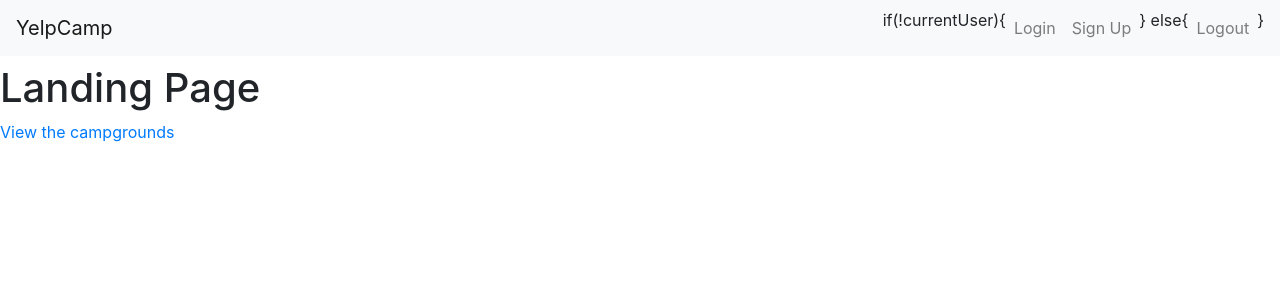
Repository: bosicheng/yelpcamp-project
Page: http://localhost/
The author's editor kept a record of every edit. The page is drawn from the files as they stood at one moment, then again after a run of edits.
The browser window is 1280 px wide. The pictures show the whole page.
Some web libraries are served in a nearby version. The page is served by the project's Node server (YelpCamp/v6/app.js). Other server files are loaded and not shown.

Above is the page before.
Console error (its wording comes from the project's code and is left out).

### YelpCamp/v6/views/landing.ejs
<!--这里要注意include的格式，开始没有slash并且不用写ejs-->
<% include partials/header %>
<h1>Landing Page</h1>

<a href='/campgrounds'>View the campgrounds</a>

<% include partials/footer %>

### YelpCamp/v6/views/partials/header.ejs
<!DOCTYPE html>
<html>
    <head>
        <title>YelpCamp</title>
        <link rel="stylesheet" href="https://stackpath.bootstrapcdn.com/bootstrap/4.1.3/css/bootstrap.min.css">
        <script src="https://code.jquery.com/jquery-3.2.1.slim.min.js" integrity="sha384-KJ3o2DKtIkvYIK3UENzmM7KCkRr/rE9/Qpg6aAZGJwFDMVNA/GpGFF93hXpG5KkN" crossorigin="anonymous"></script>
        <script src="https://maxcdn.bootstrapcdn.com/bootstrap/4.0.0-beta/js/bootstrap.min.js" integrity="sha384-h0AbiXch4ZDo7tp9hKZ4TsHbi047NrKGLO3SEJAg45jXxnGIfYzk4Si90RDIqNm1" crossorigin="anonymous"></script>
        <script src="https://cdnjs.cloudflare.com/ajax/libs/popper.js/1.11.0/umd/popper.min.js" integrity="sha384-b/U6ypiBEHpOf/4+1nzFpr53nxSS+GLCkfwBdFNTxtclqqenISfwAzpKaMNFNmj4" crossorigin="anonymous"></script>
       <link rel="stylesheet" href="/stylesheets/main.css">
    </head>
    <body>
        <nav class="navbar navbar-expand-lg navbar-light bg-light mb-2">
          <a class="navbar-brand" href="/">YelpCamp</a>
          <button class="navbar-toggler" type="button" data-toggle="collapse" data-target="#navbarTogglerDemo01" aria-controls="navbarTogglerDemo01" aria-expanded="false" aria-label="Toggle navigation">
            <span class="navbar-toggler-icon"></span>
          </button>
          <div class="collapse navbar-collapse" id="navbarTogglerDemo01">
            <ul class="navbar-nav ml-auto mt-2 mt-lg-0">
              <!--其实这里实现的功能基本类似于v-if，*ng-if-->
              <!--req.user是当前登录的用户信息，用currentUser传到当前页面-->
              if(!currentUser){
                <li class="nav-item">
                  <a class="nav-link" href="/login">Login</a>
                </li>
                <li class="nav-item">
                  <a class="nav-link" href="/register">Sign Up</a>
                </li>
              }
              else{
                <li class="nav-item">
                  <a class="nav-link" href="/logout">Logout</a>
                </li>
              }
            </ul>
          </div>
        </nav>

### YelpCamp/v6/app.js
var express=require('express');
var app=express();
var bodyParser=require('body-parser')
var mongoose=require('mongoose')
var Campground=require("./models/campground");
var seedDB=require('./seeds')
var Comment=require("./models/comment")
var passport=require('passport');
var localStrategy=require("passport-local");
var User=require("./models/user")
var expressSession=require("express-session");

mongoose.connect('mongodb://localhost:27017/yelp_camp_v6', { useNewUrlParser: true });
app.set('view engine','ejs')
app.use(bodyParser.urlencoded({extended:true}));

// 这里使用public文件夹下问价可以直接static或者__dirname+文件夹目录
// 这里注意，__dirname是工程文件目录/home/ubuntu/workspace/YelpCamp/v5
// __dirname方法更可靠因为工程文件目录更改时也能生效
app.use(express.static(__dirname+'/public'));
console.log(__dirname);
seedDB();

//PASSPORT CONFIGURATION
app.use(expressSession({
    secret:"encode the password",
    resave:false,
    saveUninitialized:false
}))
app.use(passport.initialize());
app.use(passport.session());
// User.authenticate()是包含在passportLocalMongoose中的
passport.use(new localStrategy(User.authenticate()));
passport.serializeUser(User.serializeUser());
passport.deserializeUser(User.deserializeUser());

// 这里通过写一个所有route都会跑的middleware，就不用再给每一个route传currentUser的参数了
app.use(function(req, res, next){
   res.locals.currentUser = req.user;
   next();
});


//ROUTE

app.get('/',function(req,res){
    res.render("landing");
})

// INDEX - show all campgrounds
app.get('/campgrounds',function(req,res){
    // req.user是此时此刻user的全部信息，如果没有任何用户登录则是undefined
    console.log(req.user);
    // 首先把数据从数据库中取出
    Campground.find({},function(err,allCampgrounds){
        if(err){
            console.log(err);
        }
        else{
            res.render("campgrounds/index",{campgrounds:allCampgrounds})
        }
    })
})


// 这里虽然get和post的url是同一个，但是他们是不同的用法所以是不同的route不会相互影响
//如果对get的/campgrounds页面进行修改，post请求去修改campgrounds也应该同样的url，这是convention
//CREATE - add new campground to database
app.post("/campgrounds",function(req,res){
    //get data from form and add to campground
    var name=req.body.name;
    var image=req.body.image;
    var desc=req.body.description;
    var newCampground={name:name,image:image,description:desc};
    //Create a new campground and save to database
    Campground.create(newCampground,function(err,newlyCreated){
        if(err){
            console.log(err)
        }
        else{
            console.log(newlyCreated)
        }
    })
    //redirect to campground page
    res.redirect('/campgrounds')
})

//NEW - show form to create new campground
app.get('/campgrounds/new',function(req,res){
    res.render('campgrounds/new')
})

//SHOW - show the detail of one campground
app.get('/campgrounds/:id',function(req,res){
    //find the campground with provided ID,use req.params.id
    // 然后使用mongoose中方法.findById找到对象，需要ID唯一
    // populate用法是campground被comment所填充，那么同时返回comments字段，在show.ejs中可以直接使用
    Campground.findById(req.params.id).populate("comments").exec(function(err,foundCampground){
        if(err){
            console.log("err")
        }
        else{
            res.render('campgrounds/show',{campground:foundCampground})
        }
    })
})

//这里有一个问题，在构造新comment时不能再按照/comments/new，因为每个comment都存在于一个campground中
//我们希望实现的功能是类似于/campgrounds/:id/comment/new


// =====================================================

//COMMENT ROUTES

//======================================================

// 没有登录的用户不能添加新评论
app.get('/campgrounds/:id/comments/new',isLoggedIn,function(req, res) {
    //find campground by id
    Campground.findById(req.params.id,function(err,campground){
        if(err){
            console.log(err)
        }
        else{
            res.render('comments/new',{campground:campground})
        }
    })
})

// 这里也加了isLoggedIn的原因是这时候用postman不进入new页面也能加评论，这里也block掉
app.post("/campgrounds/:id/comments",isLoggedIn,function(req,res){
    //look up campground by id: req.params.id
    Campground.findById(req.params.id,function(err,campground){
        if(err){
            console.log(err);
            res.redirect('/campgrounds')
        }
        else{
            Comment.create(req.body.comment,function(err,comment){
                if(err){
                    console.log(err)
                }
                else{
                    campground.comments.push(comment);
                    campground.save();
                    res.redirect('/campgrounds/'+campground._id)
                }
            })
        }
    })
    // create new comment
    //connect new comment to campground
    //redirect campground show page
})


//=====================

//AUTHENTICATION ROUTES

//=====================

app.get('/register',function(req,res){
    res.render('register')
})


app.post("/register", function(req, res){
    var newUser = new User({username: req.body.username});
    User.register(newUser, req.body.password, function(err, user){
        if(err){
            console.log(err);
            return res.render("register");
        }
        passport.authenticate("local")(req, res, function(){
           res.redirect("/campgrounds");
        });
    });
});

//show login form
app.get('/login',function(req,res){
    res.render('login')
});

//middleware
//app.post('/login',middleware,callback)
app.post('/login',passport.authenticate('local',
    {
        successRedirect: '/campgrounds',
        failureRedirect: '/login'
    }),function(req,res){

})

//logout route
app.get('/logout',function(req,res){
    // 这个logout是已经内置安装好的
    req.logout();
    res.redirect('/campgrounds')
})


function isLoggedIn(req,res,next){
    if(req.isAuthenticated()){
        return next()
    }
    res.redirect('/login');
}


app.listen(process.env.PORT,process.env.IP,function(){
    console.log("Yelpcamp has started!")
})

### YelpCamp/v6/public/stylesheets/main.css
.img-thumbnail{
    padding:0;
}

Loaded but not shown: YelpCamp/v6/views/partials/footer.ejs (common file)

After the next 3 edits:
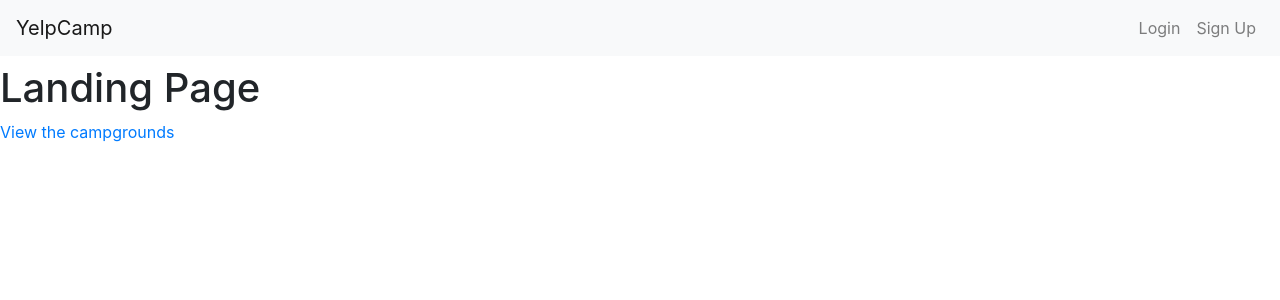
The 3 edits are shown as one change because 2 did not build or start.
The edit:
--- a/YelpCamp/v6/views/partials/header.ejs
+++ b/YelpCamp/v6/views/partials/header.ejs
@@ -18,19 +18,13 @@
             <ul class="navbar-nav ml-auto mt-2 mt-lg-0">
               <!--其实这里实现的功能基本类似于v-if，*ng-if-->
               <!--req.user是当前登录的用户信息，用currentUser传到当前页面-->
-              if(!currentUser){
-                <li class="nav-item">
-                  <a class="nav-link" href="/login">Login</a>
-                </li>
-                <li class="nav-item">
-                  <a class="nav-link" href="/register">Sign Up</a>
-                </li>
-              }
-              else{
-                <li class="nav-item">
-                  <a class="nav-link" href="/logout">Logout</a>
-                </li>
-              }
+              <% if(!currentUser){ %>
+                        <li class='nav-item'><a class='nav-link' href="/login">Login</a></li>
+                        <li class='nav-item'><a class='nav-link' href="/register">Sign Up</a></li>
+                    <% } else { %>
+                        <li><a href="#">Signed In As <%= currentUser.username %></a></li>
+                        <li><a href="/logout">Logout</a></li>
+                    <% } %>
             </ul>
           </div>
         </nav>
